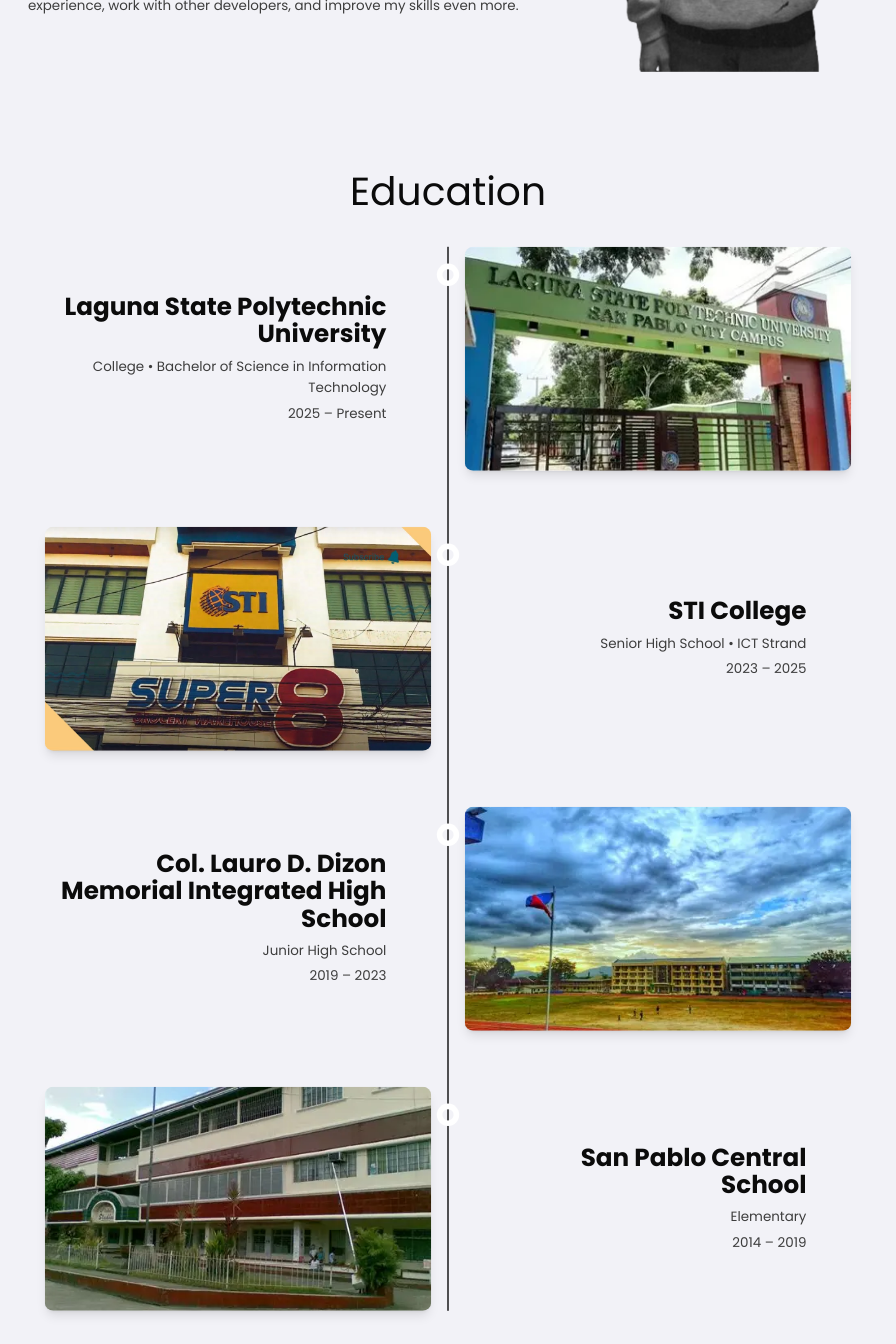
Repository: Latrell26/Portfolio-schoolProject
Page: /
An editor plug-in stored every save of this project. The page is shown before and after a run of saves, followed by the edit.
The browser window is 1280 px wide. The pictures show the part of the page from y = 1291 to 3211 px (the page is 6020 px tall before and 6180 px after), at 70% of full size.
The project was rebuilt for these pictures with package versions that can differ from the ones it lists, and the page was loaded fresh each time. Also part of the build but not shown: svelte.config.js, vite.config.js.

Above is the page before, as saved 2026-01-02 22:39:24.

### index.html
<!doctype html>
<html lang="en">
  <head>
    <meta charset="UTF-8" />
    <link rel="icon" type="image/svg+xml" href="/vite.svg" />
    <meta name="viewport" content="width=device-width, initial-scale=1.0" />
    <title>my-portfolio</title>
    <link rel="preconnect" href="https://fonts.googleapis.com">
<link rel="preconnect" href="https://fonts.gstatic.com" crossorigin>
<link href="https://fonts.googleapis.com/css2?family=Poppins:ital,wght@0,100;0,200;0,300;0,400;0,500;0,600;0,700;0,800;0,900;1,100;1,200;1,300;1,400;1,500;1,600;1,700;1,800;1,900&display=swap" rel="stylesheet">
 <link
    rel="stylesheet"
    href="https://cdnjs.cloudflare.com/ajax/libs/font-awesome/6.5.0/css/all.min.css"
  />
  </head>
  <body>
    <div id="app"></div>
    <script type="module" src="/src/main.js"></script>
  </body>
</html>

### src/app.css
@import "tailwindcss";

@theme {
  --color-dark: var(--dark);
  --color-medyolight: var(--medyolight);
  --color-light: var(--light);
}

:root {
  font-family: poppins;
  line-height: 1.5;
  font-weight: 400;
  color-scheme: light dark;
  color: #0B0B0B;
  background-color: #F2F2F7;
  font-synthesis: none;
  text-rendering: optimizeLegibility;
  -webkit-font-smoothing: antialiased;
  -moz-osx-font-smoothing: grayscale;
  --dark: #0B0B0B;
  --light: #F2F2F7;
  --medyolight: #3D3D3D;
  --light_bg: #F2F2F7;

  --tooltip-bg: var(--dark);
  --tooltip-text: var(--light);
  --tooltip-border: var(--dark);
}

.dark-mode {
  --dark: #0B0B0B;
  --medyolight: #E0E0E0;
  --light: #F2F2F7;
  --light_bg: #0B0B0B;
}

.dark-mode {
  background-color: var(--dark);
  color: var(--light);
  border-top-color: var(--light);
}

html{
  scroll-behavior: smooth;
  transition: color 0.3s ease;

}

h1 {
  font-size: clamp(4rem, 7vw, 8rem);
  font-weight: 700;
  line-height: 1.1;
}
h2 {
  font-size: clamp(2rem, 6vw, 3.5rem);
  line-height: 1.1;
}
h3 {
  font-size: clamp(2rem, 6vw, 2.2rem);
  line-height: 1.1;
}
h4 {
  font-size: clamp(1rem, 6vw, 2rem);
  line-height: 1.1;
}
h5{
  font-size: clamp(2rem, 3vw, 2.5rem);
}
p{
  font-size: clamp(1rem, 6vw, 1.2rem);
  color: var(--medyolight);
}

span{
  color: var(--light);
}

.border-light {
  border-color: transparent;
}
.border-t-light {
  border-top-color: var(--dark);
}

@keyframes slide {
    from {
      transform: translateX(-100%);
    }
    to {
      transform: translateX(0);
    }
  }

### src/App.svelte
<script>
  import svelteLogo from "./assets/svelte.svg";
  import viteLogo from "/vite.svg";
  import NavBar from "./lib/navBar.svelte";
  import Footer from "./lib/footer.svelte";
  import * as img from "./imagedata.js";
  import { projects } from "./lib/arrayObjectsData.js";
  import { education } from "./lib/arrayObjectsData.js";
  import ProjectCard from "./lib/components-cards.svelte";
  import TimelineItem from "./lib/TimeLineItem.svelte";
  const icons = [
    { src: img.csharplogo, name: "C#" },
    { src: img.csslogo, name: "CSS" },
    { src: img.htmllogo, name: "HTML" },
    { src: img.javalogo, name: "Java" },
    { src: img.jslogo, name: "JavaScript" },
    { src: img.pythonlogo, name: "Python" },
    { src: img.sveltelogo, name: "Svelte" },
    { src: img.tailwindlogo, name: "Tailwind CSS" },
    { src: img.figmalogo, name: "Figma" },
    { src: img.supabaselogo, name: "Supabase" },
    { src: img.firebaselogo, name: "Firebase" },
    { src: img.github, name: "GitHub" },
    { src: img.gitlogo, name: "Git" },
  ];
</script>

<main class="max-w-330 mx-auto pt-2 px-4 lg:px-10 duration-300">
  <NavBar />
  <section
    class="h-screen flex flex-col justify-center items-center text-center"
    id="home"
  >
    <div>
      <h1 class="font-bold">Latrell Cruz</h1>
      <p class=" text-lg max-w-2xl">
        Aspiring Front-End Developer and senior high school student focused on
        building clean, responsive websites.
      </p>
    </div>

    <div class="flex flex-row gap-4 mt-4 justify-center items-center">
      <a href="https://www.facebook.com/share/1Da6x7yam2/">
        <i class="fa-brands fa-facebook text-[2.7rem] hover:text-[#1877F2] duration-300"></i>
      </a>
      <a href="https://www.linkedin.com/in/latrell-cruz-a11975387/">
        <i class="fa-brands fa-linkedin text-[2.8rem] hover:text-[#0A66C2] duration-300"></i>
      </a>
      <a href="https://github.com/Latrell26">
        <i class="fa-brands fa-github text-[2.8rem] duration-300"></i>
      </a>
    </div>
  </section>

  <section class="mb-35 pt-10" id="about">
    <div class="flex flex-wrap justify-between items-center">
      <div class="flex flex-col">
        <h2 class="mb-6">About me</h2>
        <div class="max-w-[50rem] leading-10 flex-1 text-justify">
          <p>
            Hey there! I'm Latrell Cruz from Brgy. San Nicolas, San Pablo City.
            I love making digital experiences that are easy to use and fun to
            interact with.
          </p>
          <p class="mt-4">
            I’m currently a 1st year student at LSPU San Pablo Campus, studying
            Information Technology. I’ve always been interested in technology
            and design, which made me focus on front-end development and UI/UX.
            I enjoy mixing creativity with coding to build websites and apps
            that people like and find useful.
          </p>
          <p class="mt-4">
            I am also part of OCTA, an organization in LSPU, where I belong to
            the Software Engineering as part of the Front-End team.
            Being part of OCTA helps me gain real experience, work with other
            developers, and improve my skills even more.
          </p>
        </div>
      </div>
      <img src={img.me} alt="me" class="hidden xl:block w-auto h-auto" />
    </div>
  </section>
  <section id="education" class="py-0 px-6">
  <div class="mx-auto">
    <h2 class="text-center mb-12">Education</h2>

    <div class="relative">
      <div class="absolute left-1/2 transform -translate-x-1/2 w-0.5 bg-dark h-full hidden lg:block"></div>

      <div class="space-y-0">
        {#each education as edu, i}
          <TimelineItem
            school={edu.school}
            level={edu.level}
            year={edu.year}
            image={edu.image}
            imageAlt={edu.imageAlt}
            isLeft={i % 2 === 0}
          />
        {/each}
      </div>
    </div>
  </div>
</section>
  <section class="mb-5">
    <h3 class="flex justify-center items-center">Tech I Use</h3>
    <div class="relative overflow-hidden py-4 pt-12">
      <div
        class="pointer-events-none absolute inset-0 z-10
          bg-[linear-gradient(to_right,var(--light_bg)_0%,transparent_20%,transparent_80%,var(--light_bg)_100%)]
          "
      ></div>

      <div class="flex animate-[slide_26s_linear_infinite] gap-8 md:gap-16">
  <div class="flex gap-8 md:gap-16 flex-none">
    {#each icons as icon}
      <div class="relative group">
        <img
          src={icon.src}
          alt={icon.name}
          class="flex-none
                 h-12 w-12 sm:h-16 sm:w-16 md:h-24 md:w-24
                 transition-transform duration-300 ease-out
                 group-hover:scale-110 group-hover:-translate-y-2
                 cursor-pointer"
        />

        <span
          class="tooltip absolute bottom-full left-1/2 -translate-x-1/2 mb-3
                 px-3 sm:px-4 py-1 sm:py-2 text-xs sm:text-sm font-medium
                 rounded-lg opacity-0 group-hover:opacity-100
                 pointer-events-none whitespace-nowrap
                 transition-opacity duration-300 ease-out shadow-lg"
        >
          {icon.name}
          <span
            class="absolute top-full left-1/2 -translate-x-1/2
                   border-4 sm:border-8 border-light border-t-light"
          ></span>
        </span>
      </div>
    {/each}
  </div>

  <div class="flex gap-8 md:gap-16 flex-none">
    {#each icons as icon}
      <div class="relative group">
        <img
          src={icon.src}
          alt={icon.name}
          class="flex-none
                 h-12 w-12 sm:h-16 sm:w-16 md:h-24 md:w-24
                 transition-transform duration-300 ease-out
                 group-hover:scale-110 group-hover:-translate-y-2
                 cursor-pointer"
        />

        <span
          class="tooltip absolute bottom-full left-1/2 -translate-x-1/2 mb-3
                 px-3 sm:px-4 py-1 sm:py-2 text-xs sm:text-sm font-medium
                 rounded-lg opacity-0 group-hover:opacity-100
                 pointer-events-none whitespace-nowrap
                 transition-opacity duration-300 ease-out shadow-lg"
        >
          {icon.name}
          <span
            class="absolute top-full left-1/2 -translate-x-1/2
                   border-4 sm:border-8 border-light border-t-light"
          ></span>
        </span>
      </div>
    {/each}
  </div>
</div>

      </div>
  </section>

  <section class="mb-70 pt-20" id="projects">
    <h2 class="text-center mb-8">What I Build</h2>
    <div class="flex flex-wrap justify-center">
      <div class="grid grid-cols-1 lg:grid-cols-2 gap-16">
        {#each projects as project}
          <ProjectCard
            image={project.image}
            title={project.title}
            text={project.text}
            logo={project.logo || []}
            url={project.url}
          />
        {/each}
      </div>
    </div>
  </section>
  <section id="contact" class="pt-20">
    <Footer />
  </section>
</main>

<style>
  .tooltip {
    background-color: #0b0b0b;
    color: #f2f2f7;
    border-color: #0b0b0b;
  }

  .tooltip span {
    border-top-color: #0b0b0b;
  }

  :global(.dark-mode) .tooltip {
    background-color: #f2f2f7;
    color: #0b0b0b;
    border-color: #f2f2f7;
  }

  :global(.dark-mode) .tooltip span {
    border-top-color: #f2f2f7;
  }
</style>

### src/lib/navBar.svelte
<script>
  import { onMount } from "svelte";

  let isDark = false;
  let currentIcon;
  let menuOpen = false;
  let scrolled = false;
  let activeSection = "home";

  let prevScrollY = 0;
  let navbarVisible = true;
  let forceHide = false;

  const sunIcon = `
    <svg xmlns="http://www.w3.org/2000/svg" viewBox="0 0 24 24"
         fill="none" stroke="currentColor" class="w-4 h-4">
      <path stroke-linecap="round" stroke-linejoin="round" stroke-width="2"
            d="M12 3v1m0 16v1m9-9h-1M4 12H3
               m15.364 6.364l-.707-.707
               M6.343 6.343l-.707-.707
               m12.728 0l-.707.707
               M6.343 17.657l-.707.707
               M16 12a4 4 0 11-8 0 4 4 0 018 0z"/>
    </svg>
  `;

  const moonIcon = `
    <svg xmlns="http://www.w3.org/2000/svg" viewBox="0 0 24 24"
         fill="none" stroke="currentColor" class="w-4 h-4">
      <path stroke-linecap="round" stroke-linejoin="round" stroke-width="2"
            d="M20.354 15.354A9 9 0 018.646 3.646
               9.003 9.003 0 0012 21
               a9.003 9.003 0 008.354-5.646z"/>
    </svg>
  `;

  function applyDarkMode(value) {
    document.documentElement.classList.toggle("dark-mode", value);
    localStorage.setItem("darkMode", value);
    currentIcon = value ? moonIcon : sunIcon;
  }

  function toggleDarkMode() {
    isDark = !isDark;
    applyDarkMode(isDark);
  }

  function hideNavbarAfterClick() {
    forceHide = true;
    navbarVisible = false;
    setTimeout(() => forceHide = false, 1200);
  }

  onMount(() => {
    const saved = localStorage.getItem("darkMode");
    isDark = saved !== null
      ? saved === "true"
      : window.matchMedia("(prefers-color-scheme: dark)").matches;
    applyDarkMode(isDark);

    const handleScroll = () => {
      if (forceHide) return;

      const currentScrollY = window.scrollY;
      scrolled = currentScrollY > 50;

      if (currentScrollY > prevScrollY && currentScrollY > 100) {
        navbarVisible = false;
      } else if (currentScrollY < prevScrollY) {
        navbarVisible = true;
      }

      if (currentScrollY <= 10) navbarVisible = true;
      prevScrollY = currentScrollY;
    };

    window.addEventListener("scroll", handleScroll);

    const sections = document.querySelectorAll("section[id]");
    const observer = new IntersectionObserver(
      entries => {
        entries.forEach(entry => {
          if (entry.isIntersecting) activeSection = entry.target.id;
        });
      },
      { threshold: 0.5 }
    );
    sections.forEach(sec => observer.observe(sec));

    return () => {
      window.removeEventListener("scroll", handleScroll);
      observer.disconnect();
    };
  });
</script>

<nav
  class={`fixed top-0 left-0 right-0 z-50 py-2 transition-all duration-300 ease-out
  bg-transparent ${scrolled ? "bg-white/10 border-b border-white/20 backdrop-blur-xl shadow-md" : "border-b border-transparent"}
  ${navbarVisible ? "translate-y-0" : "-translate-y-full"}`}
>
  <div class="flex justify-between items-center max-w-7xl mx-auto px-4">
    <h5 class="font-semibold">LC</h5>

    <ul class="hidden md:flex gap-12 text-lg">
      {#each ["home","about","education","projects","contact"] as item}
        <li class="hover:underline underline-offset-4">
          <a href={`#${item}`} on:click={hideNavbarAfterClick}
             class={activeSection === item ? "underline" : ""}>
            {item[0].toUpperCase() + item.slice(1)}
          </a>
        </li>
      {/each}
    </ul>

    <button class="md:hidden text-2xl" on:click={() => menuOpen = true}>☰</button>

    <button
      on:click={toggleDarkMode}
      class="hidden md:flex relative w-14 h-7 rounded-full bg-white shadow-md flex items-center cursor-pointer"
    >
      <div class="w-7 h-7 rounded-full transition-all duration-300 flex items-center justify-center text-white
                  {isDark ? 'bg-dark translate-x-7' : 'bg-yellow-500 translate-x-0'}">
        {@html currentIcon}
      </div>
    </button>
  </div>
</nav>

<div
  class={`fixed top-0 right-0 h-full w-64 bg-black/80 backdrop-blur-xl text-white p-6 z-40
    transition-transform duration-300 ${menuOpen ? "translate-x-0" : "translate-x-full"}`}
>
  <button class="text-3xl mb-6" on:click={() => menuOpen = false}>✕</button>

  <button
    on:click={toggleDarkMode}
    class="relative w-14 h-7 rounded-full bg-white shadow-md flex items-center cursor-pointer mb-6"
  >
    <div class="w-7 h-7 rounded-full transition-all duration-300 flex items-center justify-center text-white
                {isDark ? 'bg-dark translate-x-7' : 'bg-yellow-500 translate-x-0'}">
      {@html currentIcon}
    </div>
  </button>

  <ul class="flex flex-col gap-6 text-xl">
    {#each ["home","about","education","projects","contact"] as item}
      <li>
        <a href={`#${item}`} on:click={() => { menuOpen = false; hideNavbarAfterClick(); }}
           class={activeSection === item ? "underline" : ""}>
          {item[0].toUpperCase() + item.slice(1)}
        </a>
      </li>
    {/each}
  </ul>
</div>

<style>
  .dark-mode {
    --dark: #0B0B0B;
    --light: #F2F2F7;
    background-color: var(--dark);
    color: var(--light);
  }
</style>

### src/lib/footer.svelte
    <script>
    import * as img from "../imagedata.js";
    </script>

    <footer class="" >
    <div class="max-w-7xl mx-auto">

        <div class="max-w-2xl">

        <h2 class="">Let's work together</h2>

        <form class="mt-10 space-y-8">
            <div>
            <p class="">Name</p>
            <input
                type="text"
                required
                placeholder="Yourname"
                class="w-full px-0 py-2 bg-transparent border-b-2
                    focus:outline-none
                    placeholder-medyolight"
            />
            </div>

            <div>
            <p class="">Email</p>
            <input
                type="email"
                required
                placeholder="your.email@example.com"
                class="w-full px-0 py-2 bg-transparent border-b-2
                    focus:outline-none
                    placeholder-medyolight"
            />
            </div>
            <div>
            <p class="">Message</p>
            <textarea
                required
                rows="3"
                placeholder="Say hello..."
                class="w-full px-0 py-2 bg-transparent border-b-2
                    focus:outline-none
                    resize-none placeholder-medyolight"
            ></textarea>
            </div>

            <button
            type="submit"
            class="px-8 py-4 bg-dark rounded-lg text-light cursor-pointer hover:bg-light border-1  hover:text-dark duration-400 ease-out"
            >
            Send message
            </button>
        </form>

        <div class="flex flex-row items-center gap-4 mt-16">
            <a
            href="https://www.facebook.com/share/1Da6x7yam2/"
            >
            <i class="fa-brands fa-facebook text-[2.2rem] hover:text-[#1877F2] duration-300"></i>

            </a>
            <a
            href="https://www.linkedin.com/in/latrell-cruz-a11975387/"
            >
            <i class="fa-brands fa-linkedin text-[2.3rem] hover:text-[#0A66C2] duration-300"></i>

            </a>
            <a
            href="https://github.com/Latrell26"
            >
            <i class="fa-brands fa-github text-[2.3rem] duration-300"></i>
            </a>
        </div>


        <div class="mt-16 mb-8">
            <h6 class="text-sm text-medyolight">© 2025 Latrell Cruz. All rights reserved.</h6>
        </div>

        </div>
    </div>
    </footer>

### src/imagedata.js
import facebook from "./assets/imgs/facebook.svg";
import github from "./assets/imgs/github.svg";
import linkedin from "./assets/imgs/linkedin.svg";
import me from "./assets/imgs/me.png";
import csharplogo from "./assets/imgs/csharplogo.png";
import csslogo from "./assets/imgs/csslogo.png";
import htmllogo from "./assets/imgs/htmllogo.png";
import javalogo from "./assets/imgs/javalogo.png";
import jslogo from "./assets/imgs/jslogo.png";
import pythonlogo from "./assets/imgs/pythonlogo.png";
import sveltelogo from "./assets/imgs/sveltelogo.png";
import tailwindlogo from "./assets/imgs/tailwindlogo.png";
import figmalogo from "./assets/imgs/figmalogo.png";
import supabaselogo from "./assets/imgs/supabaselogo.png";
import firebaselogo from "./assets/imgs/firebaselogo.png";
import gitlogo from "./assets/imgs/gitlogo.png";
import insideStyle from "./assets/imgs/insideStyle.png";
import raiohDesign from "./assets/imgs/raiohDesign.png";
import antellDesgin from "./assets/imgs/antellDesgin.png";
import antelldesign from "./assets/imgs/antelldesign.svg";
import raiohdesign from "./assets/imgs/raiohdesign.svg";
import insidestyledesign from "./assets/imgs/insidestyledesign.svg";
import facebookdm from "./assets/imgs/facebookdm.svg";
import linkeindm from "./assets/imgs/linkeindm.svg";
import lspu from "./assets/imgs/lspu.png";
import central from "./assets/imgs/central.png";
import sti from "./assets/imgs/sti.png";
import dizon from "./assets/imgs/dizon.png";

export{
    facebook,
    github,
    linkedin,
    me,
    csharplogo,
    csslogo,
    htmllogo,
    javalogo,
    jslogo,
    pythonlogo,
    sveltelogo,
    tailwindlogo,
    figmalogo,
    supabaselogo,
    firebaselogo,
    gitlogo,
    insideStyle,
    raiohDesign,
    antellDesgin,
    antelldesign,
    raiohdesign,
    insidestyledesign,
    linkeindm,
    facebookdm,
    lspu,
    central,
    sti,
    dizon,
}

### src/lib/components-cards.svelte
<script>
    export let image = "";
    export let title = "";
    export let text = "";
    export let logo = [];
    export let url = "#";

    let isDisabled = title === "Soon...";
</script>

<div class="group">
    <a
        href={isDisabled ? "#" : url}
        target="_blank"
        rel="noopener noreferrer"
        class={`block ${isDisabled ? 'pointer-events-none cursor-not-allowed' : ''}`}
    >
        <div class="mb-4 relative rounded-lg overflow-hidden">
            <div>
                <img
                    src={image}
                    alt={title}
                    class={`w-[600px] h-[350px] object-cover transition-transform duration-400 ease-out
                        ${isDisabled ? '' : 'group-hover:scale-104 cursor-pointer'}`}
                />

                <div class={`absolute inset-0
                            ${isDisabled ? 'opacity-0' : 'opacity-0 group-hover:opacity-100'}
                            transition-opacity duration-400 ease-out
                            backdrop-blur-sm
                            bg-white/5
                            flex items-end justify-center pb-8
                            pointer-events-none`}
                >
                    {#if !isDisabled}
                    <div class="bg-white/20 backdrop-blur-lg rounded-xl px-6 py-2 border border-white/30 shadow-xl
                                translate-y-4 group-hover:translate-y-0 transition-transform duration-400 ease-out">
                        <p class=" tracking-wide drop-shadow-lg">
                            <span>View project →</span>

                        </p>
                    </div>
                    {/if}
                </div>
            </div>
        </div>
    </a>

    <div>
        <h3 class="font-semibold mb-2">
            {title}
        </h3>

        <p class="leading-relaxed mb-2 max-w-[37rem] text-justify">
            {text}
        </p>

        <div class="flex gap-2 flex-wrap">
            {#each logo as icon}
                <img
                    src={icon}
                    alt="tech icon"
                    class="w-10 h-10 md:w-12 md:h-12 object-contain"
                />
            {/each}
        </div>
    </div>
</div>

### src/lib/TimeLineItem.svelte
<script>
  export let school = "";
  export let level = "";
  export let year = "";
  export let image = "";
  export let imageAlt = "";
  export let isLeft = true;
</script>

<div class="grid grid-cols-1 lg:grid-cols-2 gap-12 items-center relative mb-20">
    <div class={`text-left lg:text-right lg:pr-16 ${isLeft ? "order-2 lg:order-1" : "order-2 lg:order-2 text-right lg:text-left lg:pl-16"}`}>
        <h3 class="font-bold">{school}</h3>
        <p class="mt-3 text-lg">{level}</p>
        <p class="mt-2 ">{year}</p>
    </div>

    <div class={`${isLeft ? "order-1 lg:order-2" : "order-1 lg:order-1"}`}>
        <div class="rounded-xl shadow-lg overflow-hidden">
            <img
                src={image}
                alt={imageAlt}
                class="w-full h-80 object-cover transition-transform duration-500 hover:scale-105"
            />
        </div>
    </div>

    <div class="hidden lg:block absolute left-1/2 transform -translate-x-1/2 w-4 h-4 bg-primary rounded-full ring-8 ring-white dark:ring-gray-900 top-8"></div>
</div>

Loaded but not shown: src/main.js (common file); src/lib/arrayObjectsData.js (59 lines, source omitted)

After the next 2 saves:
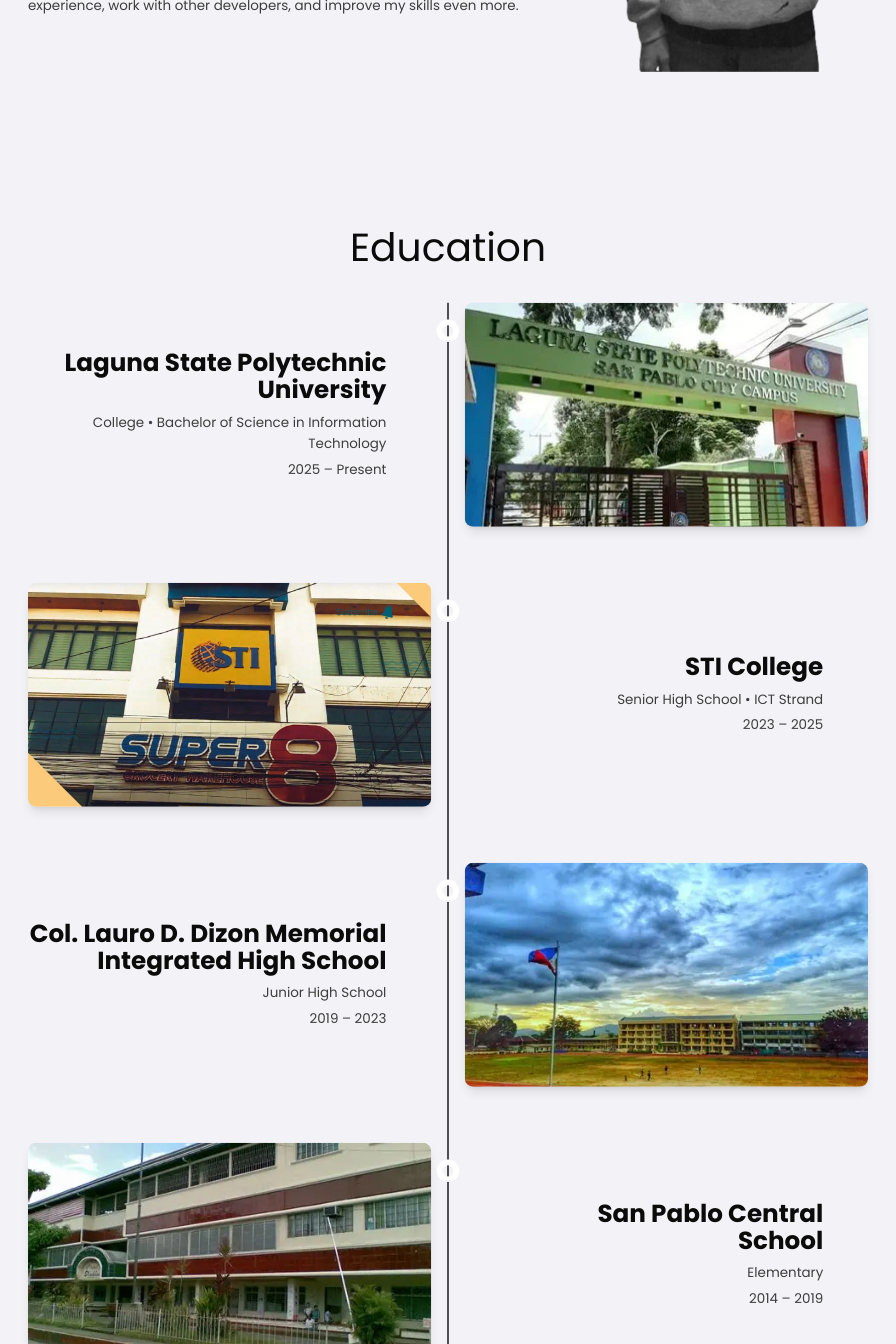
The 2 saves are shown as one change because they came seconds apart.
The last was saved 7 s later.
--- a/src/App.svelte
+++ b/src/App.svelte
@@ -80,7 +80,7 @@
       <img src={img.me} alt="me" class="hidden xl:block w-auto h-auto" />
     </div>
   </section>
-  <section id="education" class="py-0 px-6">
+  <section id="education" class="py-20">
   <div class="mx-auto">
     <h2 class="text-center mb-12">Education</h2>
 
